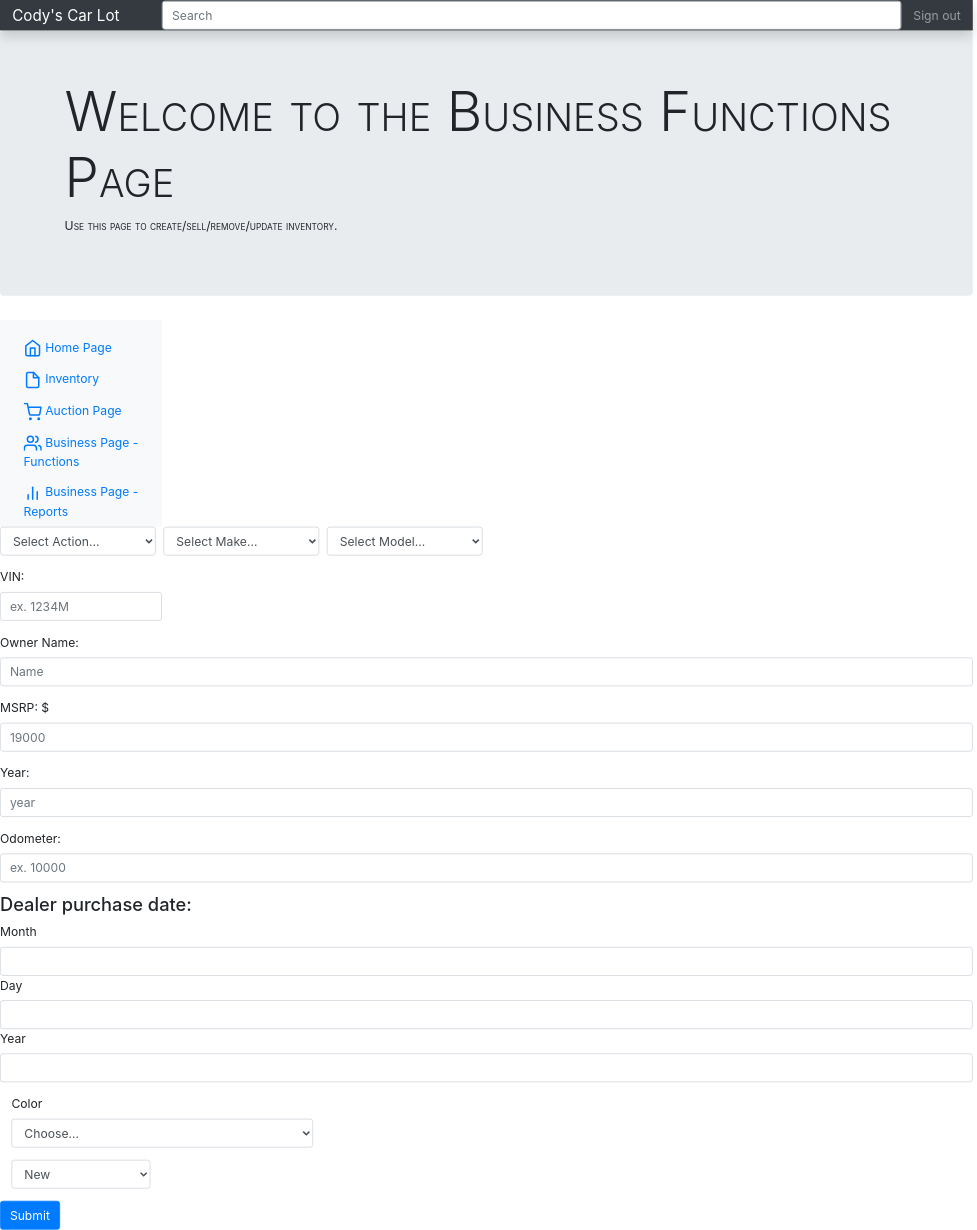
Repository: CodyHogge/CarDealershipProject
Page: http://localhost/CarDealershipProject/booted_functions.jsp
The author's editor kept a copy of each file at every save. The page is drawn from the files as they stood at one save, then again after the next save.
The browser window is 1280 px wide. The page is 1285 px wide, so the pictures cover 1285 px, including what lies to the right of the window. The pictures show the whole page, at 76% of full size.
The page is served by Tomcat 9.

Above is the page before, as saved 2020-09-16 16:36:14.

After the next save:
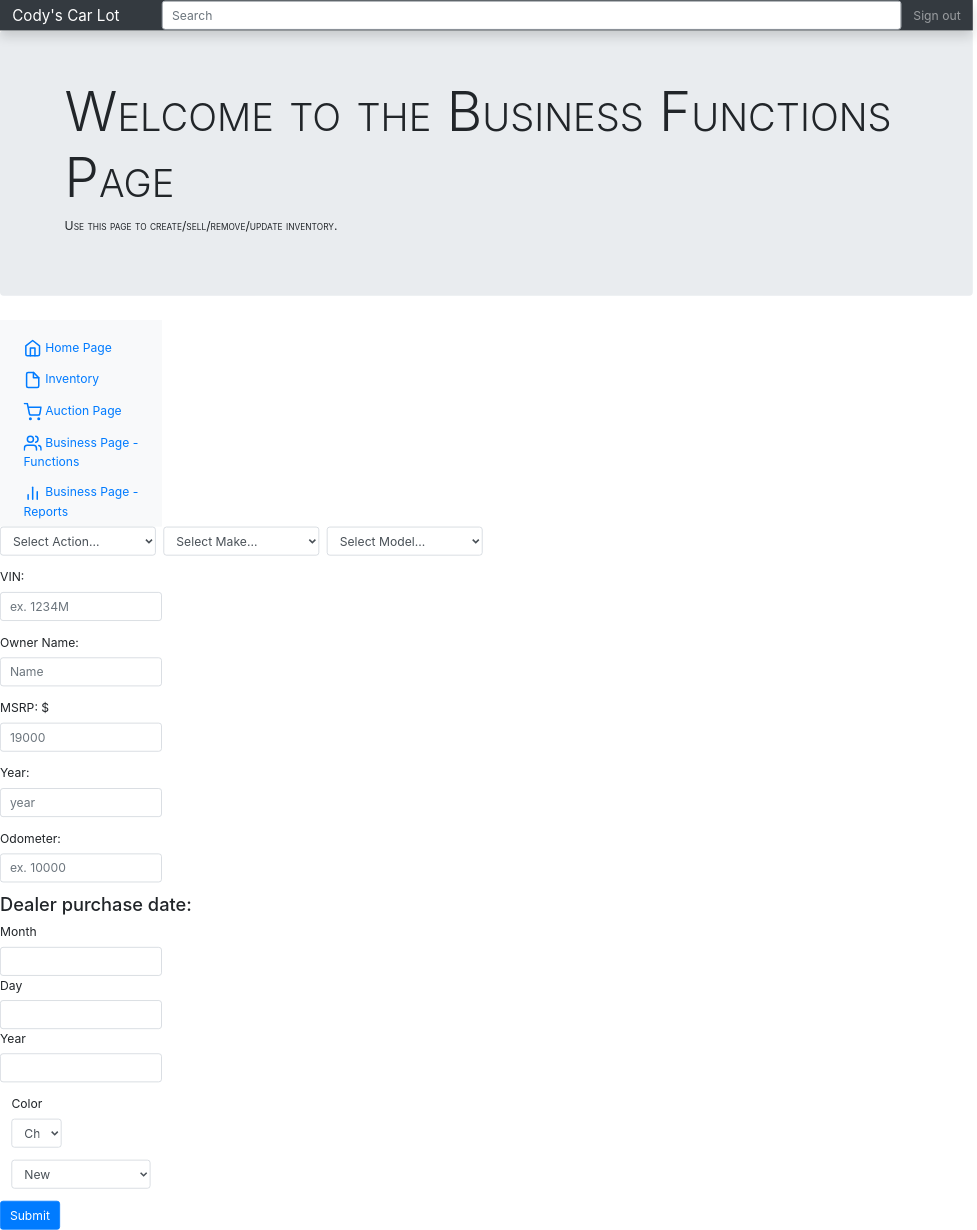
Saved 39 s later.
--- a/CarDealershipProject/WebContent/booted_functions.jsp
+++ b/CarDealershipProject/WebContent/booted_functions.jsp
@@ -107,32 +107,32 @@
 		</div>
 		<div class="form-group">
 			<label for="ownerName">Owner Name: </label>
-			<input type="text" class="form-control" name="ownerName" id="ownerName" placeholder="Name">
+			<input type="text" class="form-control col-md-2" name="ownerName" id="ownerName" placeholder="Name">
 		</div>
 		<div class="form-group">
 			<label for="msrp">MSRP: </label>
-			$<input type="text" class="form-control" name="msrp" id="msrp" placeholder="19000">
+			$<input type="text" class="form-control col-md-2" name="msrp" id="msrp" placeholder="19000">
 		</div>
 		<div class="form-group">
 			<label for="year">Year: </label>
-			<input type="text" class="form-control" name="year" id="year" placeholder="year">
+			<input type="text" class="form-control col-md-2" name="year" id="year" placeholder="year">
 		</div>
 		<div class="form-group">
 			<label for="odometer">Odometer: </label>
-			<input type="text" class="form-control" name="odometer" id="odometer" placeholder="ex. 10000">
+			<input type="text" class="form-control col-md-2" name="odometer" id="odometer" placeholder="ex. 10000">
 		</div>
 		<div class="form-group">
 			<h4>Dealer purchase date:</h4>
 				<label for="dealer-mm">Month</label>
-				<input type="text" class="form-control" name="dealer-mm" id="dealer-mm">
+				<input type="text" class="form-control col-md-2" name="dealer-mm" id="dealer-mm">
 				<label for="dealer-dd">Day</label>
-				<input type="text" class="form-control" name="dealer-dd" id="dealer-dd">
+				<input type="text" class="form-control col-md-2" name="dealer-dd" id="dealer-dd">
 				<label for="dealer-yyyy">Year</label>
-				<input type="text" class="form-control" name="dealer-yyyy" id="dealer-yyyy">
+				<input type="text" class="form-control col-md-2" name="dealer-yyyy" id="dealer-yyyy">
 		</div>
     	<div class="form-group col-md-4">
       		<label for="color">Color</label>
-      		<select id="color" class="form-control">
+      		<select id="color" class="form-control col-md-2">
         			<option selected>Choose...</option>
         			<option value="BLACK">Black</option>
         			<option value="BLUE">Blue</option>
